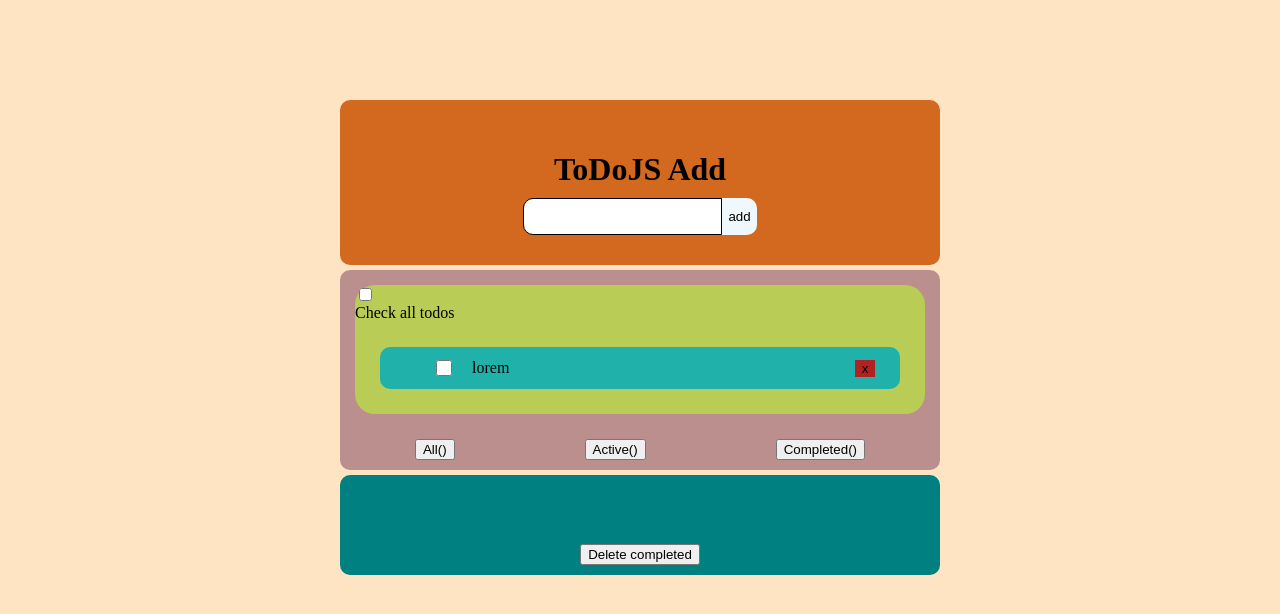
Repository: Savich01/ToDo
Page: index.html
These files come from the project's save history. The page is drawn as it stood at one moment and after the next save; the edit follows.
The browser window is 1280 px wide. The pictures show the whole page.

Above is the page before, as saved 2024-05-08 10:40:00.

After the next save:
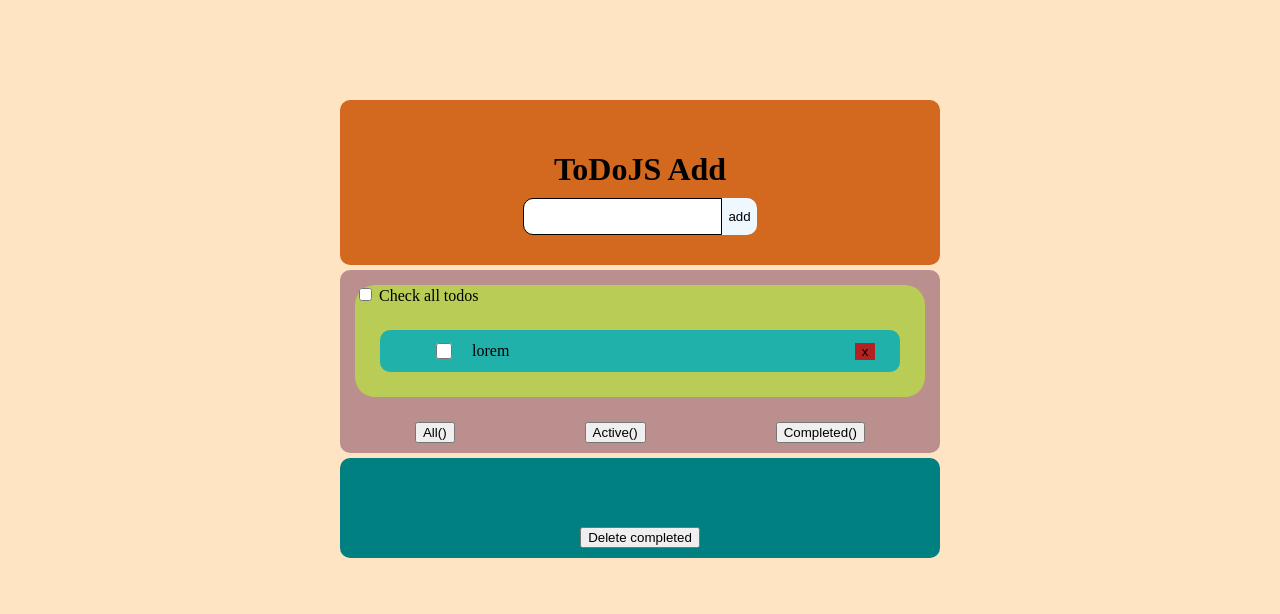
Saved 33 s later.
--- a/css/style.css
+++ b/css/style.css
@@ -75,7 +75,7 @@
     /* display: none; */
 }
 .checkbox-active{
-    display: flex;
+    display: inline-block;
 }
 .main-container--list{
     background-color: #20B2AA;

After the save that followed:
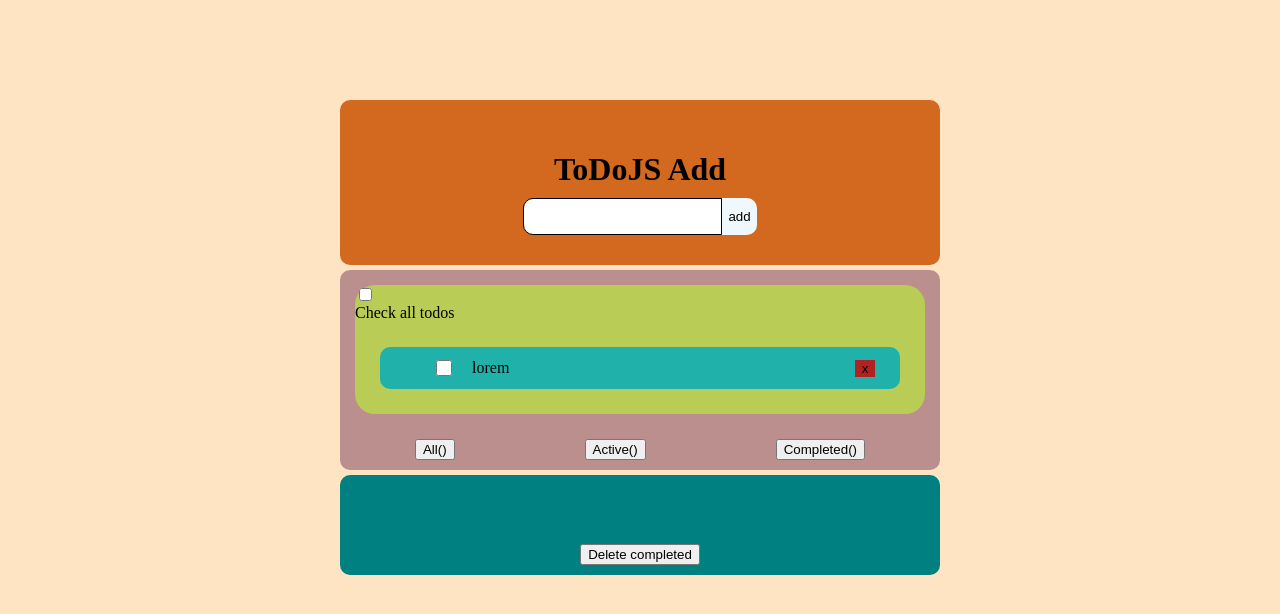
Saved 12 s later.
--- a/css/style.css
+++ b/css/style.css
@@ -75,7 +75,7 @@
     /* display: none; */
 }
 .checkbox-active{
-    display: inline-block;
+    display: block;
 }
 .main-container--list{
     background-color: #20B2AA;
